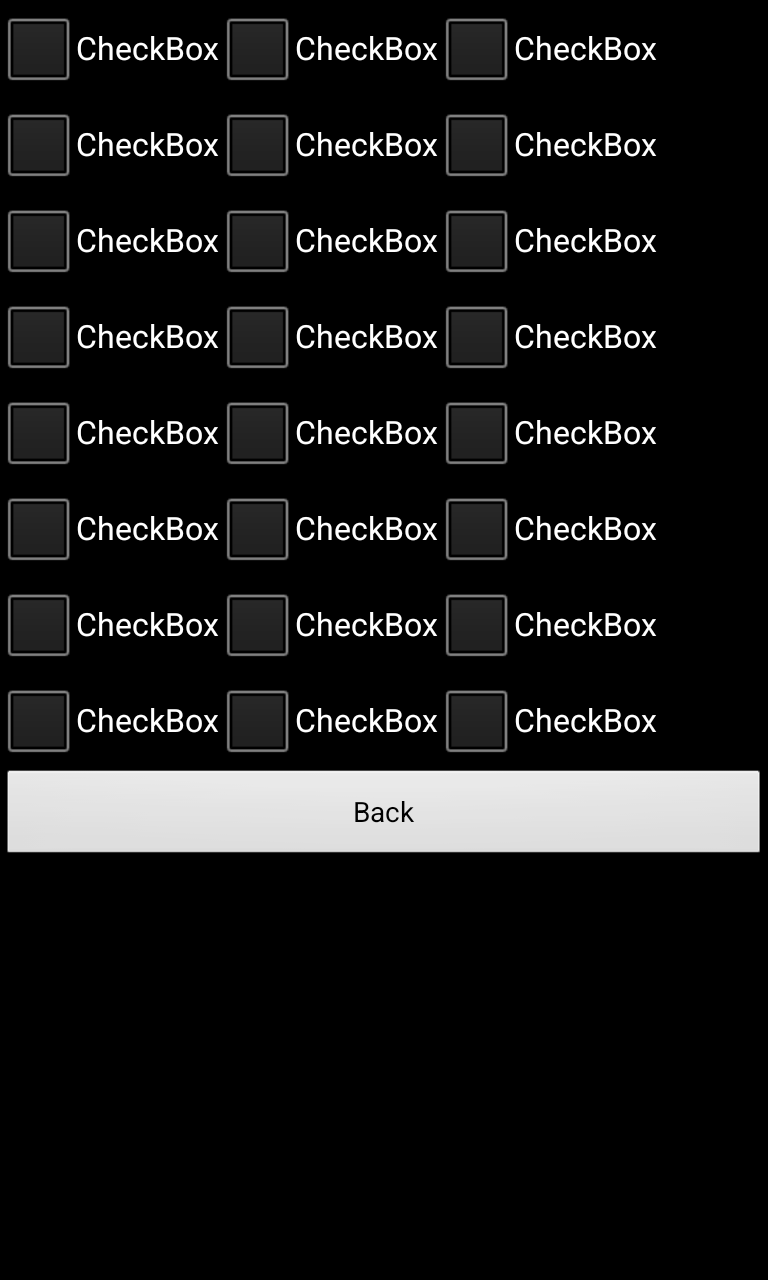
Repository: shaunkitch/android-survey
Layout: Android/Survey/res/layout/main2.xml
An editor plug-in stored every save of this project. The layout is shown before and after the next save, followed by the edit.
It is drawn on a 768 x 1280 px phone screen (xhdpi) without system bars, with theme android:Theme; the app's code is not run.

Above is the layout before, as saved 2012-05-09 17:27:14.

### Android/Survey/res/layout/main2.xml
<?xml version="1.0" encoding="utf-8"?>
<TableLayout xmlns:android="http://schemas.android.com/apk/res/android"
    android:layout_width="fill_parent"
    android:layout_height="fill_parent" >

    <TableRow
        android:id="@+id/tableRow4"
        android:layout_width="wrap_content"
        android:layout_height="wrap_content" >
    </TableRow>

    <TableRow
        android:id="@+id/tableRow8"
        android:layout_width="wrap_content"
        android:layout_height="wrap_content" >

        <CheckBox
            android:id="@+id/checkBox1"
            android:layout_width="wrap_content"
            android:layout_height="wrap_content"
            android:text="CheckBox" />

        <CheckBox
            android:id="@+id/checkBox9"
            android:layout_width="wrap_content"
            android:layout_height="wrap_content"
            android:text="CheckBox" />

        <CheckBox
            android:id="@+id/checkBox17"
            android:layout_width="wrap_content"
            android:layout_height="wrap_content"
            android:text="CheckBox" />

    </TableRow>

    <TableRow
        android:id="@+id/tableRow9"
        android:layout_width="wrap_content"
        android:layout_height="wrap_content" >

        <CheckBox
            android:id="@+id/checkBox2"
            android:layout_width="wrap_content"
            android:layout_height="wrap_content"
            android:text="CheckBox" />

        <CheckBox
            android:id="@+id/checkBox10"
            android:layout_width="wrap_content"
            android:layout_height="wrap_content"
            android:text="CheckBox" />

        <CheckBox
            android:id="@+id/checkBox18"
            android:layout_width="wrap_content"
            android:layout_height="wrap_content"
            android:text="CheckBox" />

    </TableRow>

    <TableRow
        android:id="@+id/tableRow1"
        android:layout_width="wrap_content"
        android:layout_height="wrap_content" >

        <CheckBox
            android:id="@+id/checkBox3"
            android:layout_width="wrap_content"
            android:layout_height="wrap_content"
            android:text="CheckBox" />

        <CheckBox
            android:id="@+id/checkBox11"
            android:layout_width="wrap_content"
            android:layout_height="wrap_content"
            android:text="CheckBox" />

        <CheckBox
            android:id="@+id/checkBox19"
            android:layout_width="wrap_content"
            android:layout_height="wrap_content"
            android:text="CheckBox" />

    </TableRow>

    <TableRow
        android:id="@+id/tableRow3"
        android:layout_width="wrap_content"
        android:layout_height="wrap_content" >

        <CheckBox
            android:id="@+id/checkBox4"
            android:layout_width="wrap_content"
            android:layout_height="wrap_content"
            android:text="CheckBox" />

        <CheckBox
            android:id="@+id/checkBox12"
            android:layout_width="wrap_content"
            android:layout_height="wrap_content"
            android:text="CheckBox" />

        <CheckBox
            android:id="@+id/checkBox20"
            android:layout_width="wrap_content"
            android:layout_height="wrap_content"
            android:text="CheckBox" />

    </TableRow>

    <TableRow
        android:id="@+id/tableRow2"
        android:layout_width="wrap_content"
        android:layout_height="wrap_content" >

        <CheckBox
            android:id="@+id/checkBox5"
            android:layout_width="wrap_content"
            android:layout_height="wrap_content"
            android:text="CheckBox" />

        <CheckBox
            android:id="@+id/checkBox13"
            android:layout_width="wrap_content"
            android:layout_height="wrap_content"
            android:text="CheckBox" />

        <CheckBox
            android:id="@+id/checkBox21"
            android:layout_width="wrap_content"
            android:layout_height="wrap_content"
            android:text="CheckBox" />

    </TableRow>

    <TableRow
        android:id="@+id/tableRow5"
        android:layout_width="wrap_content"
        android:layout_height="wrap_content" >

        <CheckBox
            android:id="@+id/checkBox6"
            android:layout_width="wrap_content"
            android:layout_height="wrap_content"
            android:text="CheckBox" />

        <CheckBox
            android:id="@+id/checkBox14"
            android:layout_width="wrap_content"
            android:layout_height="wrap_content"
            android:text="CheckBox" />

        <CheckBox
            android:id="@+id/checkBox22"
            android:layout_width="wrap_content"
            android:layout_height="wrap_content"
            android:text="CheckBox" />

    </TableRow>

    <TableRow
        android:id="@+id/tableRow7"
        android:layout_width="wrap_content"
        android:layout_height="wrap_content" >

        <CheckBox
            android:id="@+id/checkBox7"
            android:layout_width="wrap_content"
            android:layout_height="wrap_content"
            android:text="CheckBox" />

        <CheckBox
            android:id="@+id/checkBox15"
            android:layout_width="wrap_content"
            android:layout_height="wrap_content"
            android:text="CheckBox" />

        <CheckBox
            android:id="@+id/checkBox23"
            android:layout_width="wrap_content"
            android:layout_height="wrap_content"
            android:text="CheckBox" />

    </TableRow>

    <TableRow
        android:id="@+id/tableRow6"
        android:layout_width="wrap_content"
        android:layout_height="wrap_content" >

        <CheckBox
            android:id="@+id/checkBox8"
            android:layout_width="wrap_content"
            android:layout_height="wrap_content"
            android:text="CheckBox" />

        <CheckBox
            android:id="@+id/checkBox16"
            android:layout_width="wrap_content"
            android:layout_height="wrap_content"
            android:text="CheckBox" />

        <CheckBox
            android:id="@+id/checkBox24"
            android:layout_width="wrap_content"
            android:layout_height="wrap_content"
            android:text="CheckBox" />

    </TableRow>

    <TableRow
        android:id="@+id/tableRow10"
        android:layout_width="wrap_content"
        android:layout_height="wrap_content" >
    </TableRow>

    <Button
        android:id="@+id/BackToMain1"
        android:layout_width="wrap_content"
        android:layout_height="wrap_content"
        android:onClick="BackToMain1OnClick"
        android:text="@string/BackToMain1" />

</TableLayout>

### Android/Survey/res/values/strings.xml
<?xml version="1.0" encoding="utf-8"?>
<resources>

    <string name="hello">Hello World, Survey!</string>
    <string name="app_name">Survey</string>
    <string name="NoSurvey">No survey available now.</string>
    <string name="StartAnswerSurvey">Start Answering Survey</string>
    <string name="Schedule">&quot;Schedule the best time for you to answer the survey &quot;</string>
    <string name="BackToMain1">Back</string>
    <string />

</resources>

After the next save:
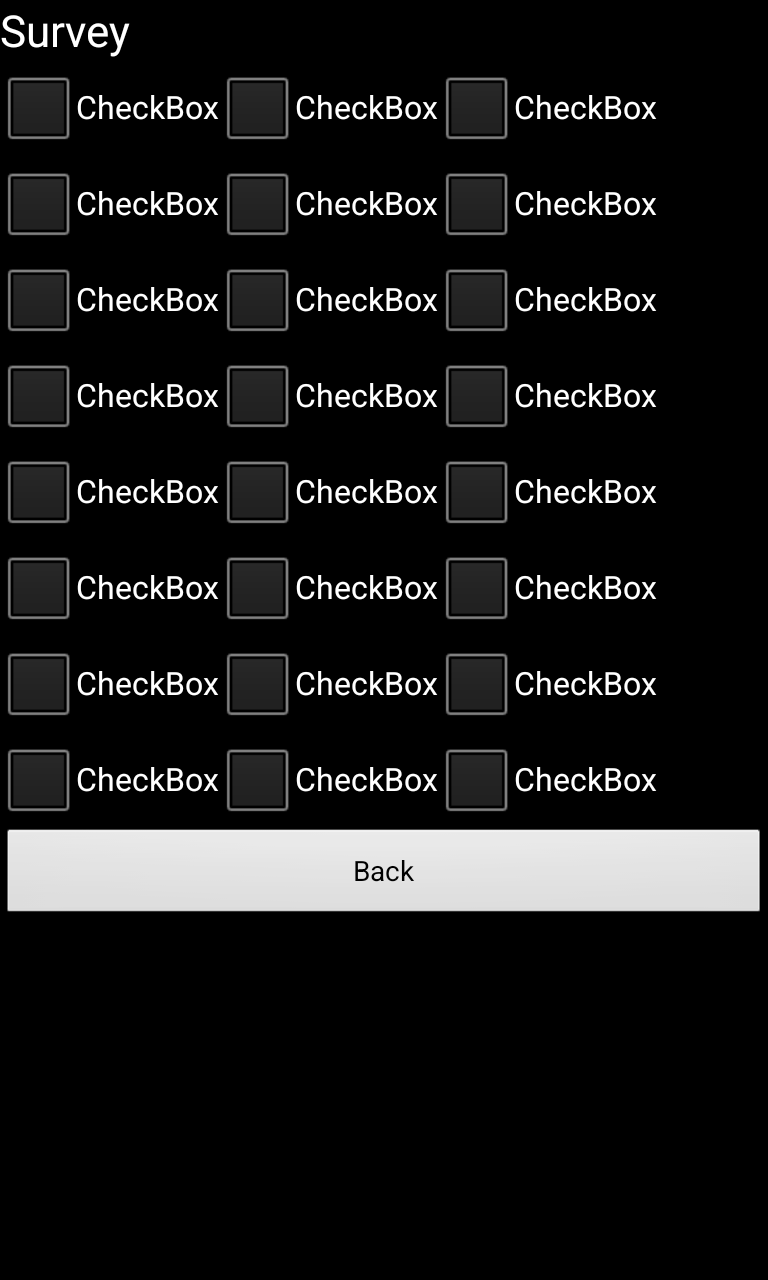
Saved 2 min 11 s later.
--- a/Android/Survey/res/layout/main2.xml
+++ b/Android/Survey/res/layout/main2.xml
@@ -7,6 +7,14 @@
         android:id="@+id/tableRow4"
         android:layout_width="wrap_content"
         android:layout_height="wrap_content" >
+
+        <TextView
+            android:id="@+id/textView1"
+            android:layout_width="wrap_content"
+            android:layout_height="wrap_content"
+            android:text="@string/app_name"
+            android:textAppearance="?android:attr/textAppearanceLarge" />
+
     </TableRow>
 
     <TableRow
--- a/Android/Survey/res/values/strings.xml
+++ b/Android/Survey/res/values/strings.xml
@@ -7,6 +7,5 @@
     <string name="StartAnswerSurvey">Start Answering Survey</string>
     <string name="Schedule">&quot;Schedule the best time for you to answer the survey &quot;</string>
     <string name="BackToMain1">Back</string>
-    <string />
 
 </resources>
